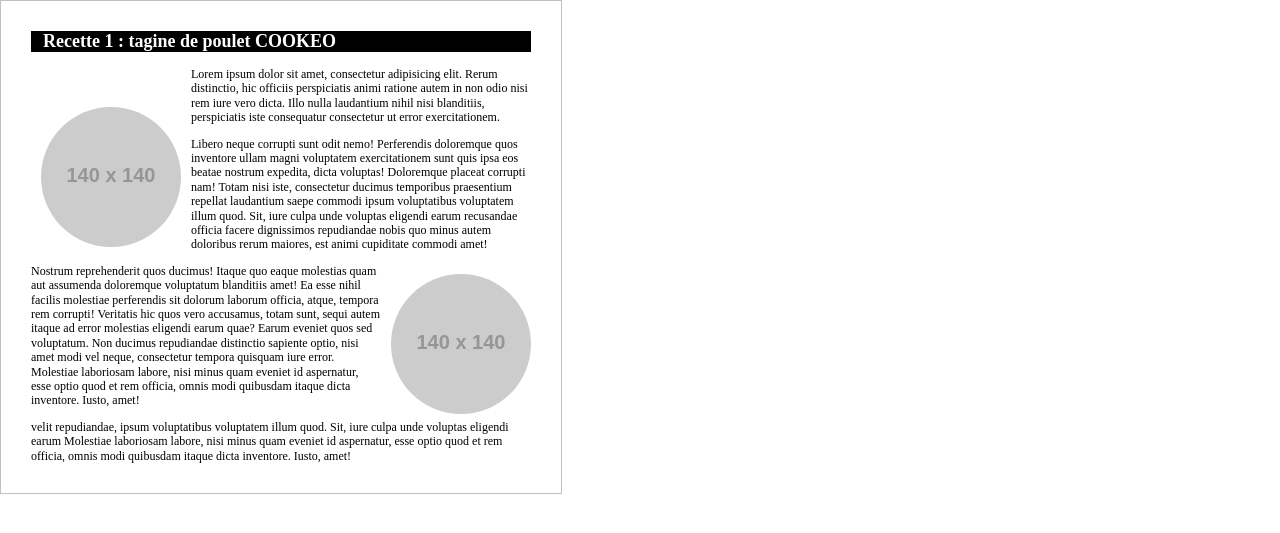
Repository: Luc010/Exercices
Page: HTML CSS/cours/float4.html
These files come from the project's save history. The page is drawn as it stood at one moment and after the next save; the edit follows.
The browser window is 1280 px wide. The pictures show the whole page.

Above is the page before, as saved 2019-09-05 12:03:19.

After the next save:
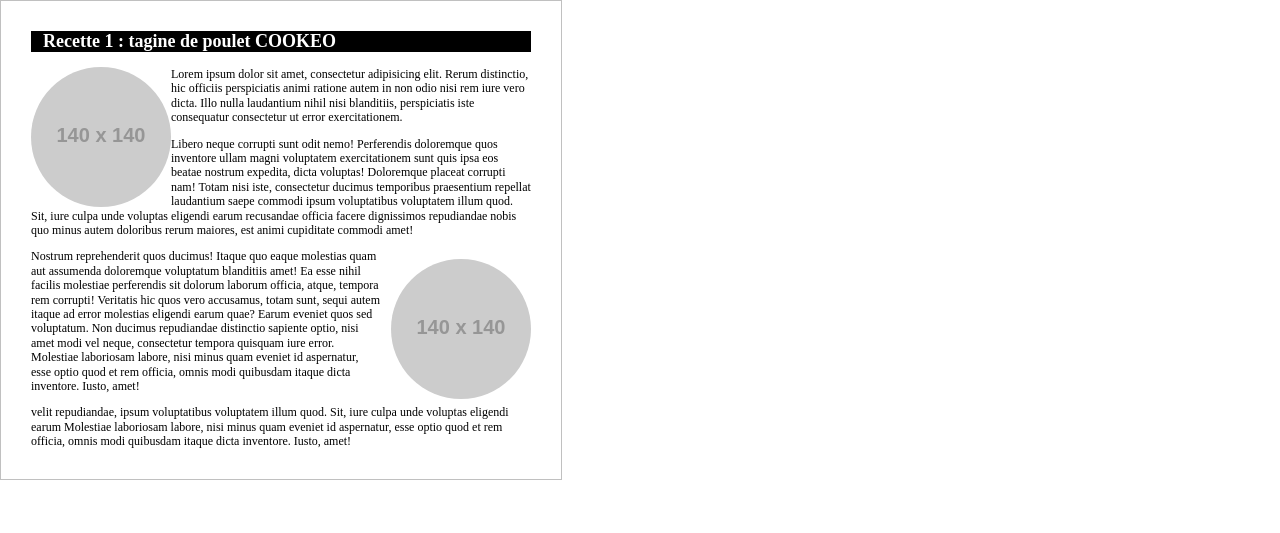
Saved 11 s later.
--- a/HTML CSS/cours/float4.html
+++ b/HTML CSS/cours/float4.html
@@ -42,7 +42,7 @@
         <article>
             <h1>Recette 1 : tagine de poulet COOKEO</h1>
             <!-- <img  src="https://via.placeholder.com/140x180" alt=""> -->
-            <p><img src="https://via.placeholder.com/140x140" style="float: left;margin: 40px 10px 0 10px;">Lorem ipsum dolor sit amet, consectetur adipisicing elit. Rerum distinctio, hic officiis perspiciatis
+            <p><img src="https://via.placeholder.com/140x140" style="float: left;">Lorem ipsum dolor sit amet, consectetur adipisicing elit. Rerum distinctio, hic officiis perspiciatis
                 animi ratione autem in non odio nisi rem iure vero dicta. Illo nulla laudantium nihil nisi blanditiis,
                 perspiciatis iste consequatur consectetur ut error exercitationem. </p>
 
